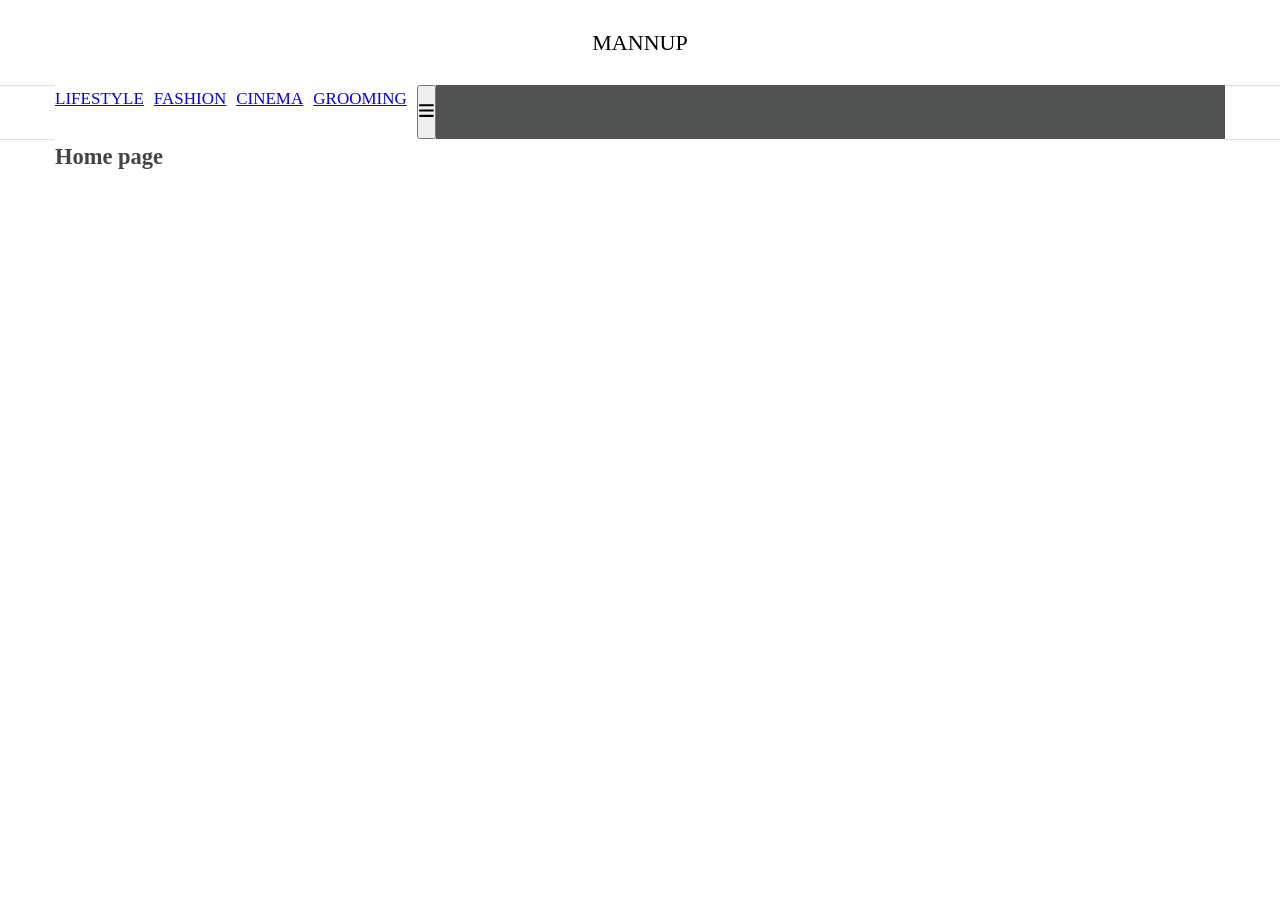
Repository: SyLe-Van/Make-Colorful
Page: /
An editor plug-in stored every save of this project. The page is shown before and after the next save, followed by the edit.
The browser window is 1280 px wide. The pictures show the whole page.
Some web fonts or font styles are not loaded; a fallback is used. The project was rebuilt for these pictures with package versions that can differ from the ones it lists, and the page was loaded fresh each time. Also part of the build but not shown: src/pages/cinema/index.js, src/pages/fashion/index.js, src/pages/grooming/index.js, src/pages/lifestyle/index.js, src/pages/contact/index.js.

Above is the page before, as saved 2023-10-10 23:04:30.

### src/index.js
import React from 'react';
import ReactDOM from 'react-dom/client';
import App from '~/App';
import reportWebVitals from './reportWebVitals';
import GlobalStyles from '~/components/GlobalStyles';
const root = ReactDOM.createRoot(document.getElementById('root'));
root.render(
    <React.StrictMode>
        <GlobalStyles>
            <App />
        </GlobalStyles>
    </React.StrictMode>,
);

// If you want to start measuring performance in your app, pass a function
// to log results (for example: reportWebVitals(console.log))
// or send to an analytics endpoint. Learn more: https://bit.ly/CRA-vitals
reportWebVitals();

### src/App.js
import { BrowserRouter as Router, Routes, Route } from 'react-router-dom';
import Home from '~/pages/home';
import Cinema from '~/pages/cinema';
import Fashion from '~/pages/fashion';
import Grooming from '~/pages/grooming';
import LifeStyle from '~/pages/lifestyle';
import { publicRoutes } from './routes';
import { Component } from 'react';
import { DefaultLayout } from '~/components/Layout';
import { Fragment } from 'react';
function App() {
    return (
        <Router>
            <div className="App">
                <Routes>
                    {publicRoutes.map((route, index) => {
                        const Layout = route.layout === null ? Fragment : DefaultLayout;
                        const Page = route.component;
                        return (
                            <Route
                                key={index}
                                path={route.path}
                                element={
                                    <Layout>
                                        <Page />
                                    </Layout>
                                }
                            />
                        );
                    })}
                </Routes>
            </div>
        </Router>
    );
}

export default App;

### src/routes/index.js
import Home from '~/pages/home';
import Cinema from '~/pages/cinema';
import Fashion from '~/pages/fashion';
import Grooming from '~/pages/grooming';
import LifeStyle from '~/pages/lifestyle';
import Contact from '~/pages/contact';
// dont need login to view
const publicRoutes = [
    { path: '/', component: Home },
    { path: '/cinema', component: Cinema },
    { path: '/fashion', component: Fashion },
    { path: '/grooming', component: Grooming },
    { path: '/lifestyle', component: LifeStyle },
    { path: '/contact', component: Contact, layout: null },
];

const privateRoutes = [];

export { publicRoutes, privateRoutes };

### src/components/GlobalStyles/GlobalStyles.scss
@import 'normalize.css';
@import url('https:; //fonts.googleapis.com/css2?family=Lato:ital,wght@0,400;0,700;1,400;1,700&family=Montserrat:ital,wght@0,400;0,700;1,400;1,700&family=Playfair+Display&family=Poppins:wght@300;400;600;700&display=swap');

:root {
    --primary: #f6f6f6;
}

* {
    box-sizing: border-box;
    margin: 0;
    padding: 0;
}
html {
    font-size: 40px;
}
body {
    font-family: 'Playfair Display', serif;
    line-height: 1.6;
    color: #444;
    font-size: 15px;
    text-rendering: optimizeSpeed;
}

### src/components/Layout/DefaultLayout/index.js
import Header from './Header';
import classNames from 'classnames/bind';
import styles from './DefaultLayout.module.scss';
import Sidebar from './Sidebar';

const cx = classNames.bind(styles);
function DefaultLayout({ children }) {
    return (
        <div className={cx('wrapper')}>
            <Header />
            <Sidebar />

            <div className={cx('container')}>
                <div className={cx('contain')}>{children}</div>
            </div>
        </div>
    );
}

export default DefaultLayout;

### src/components/Layout/DefaultLayout/Header/index.js
import styles from './Header.module.scss';
import classNames from 'classnames/bind';
import { FontAwesomeIcon } from '@fortawesome/react-fontawesome';
const cx = classNames.bind(styles);

function Header() {
    return (
        <header className={cx('wrapper')}>
            <div className={cx('inner')}>MANNUP</div>
        </header>
    );
}

export default Header;

### src/components/Layout/DefaultLayout/DefaultLayout.module.scss
.wrapper {
    display: flex;
    flex-direction: column;
    align-items: center;
}
.container {
    width: 1170px;
    height: 760px;
    background-color: #ffffff;
}

### src/components/Layout/DefaultLayout/Sidebar/index.js
import styles from './Sidebar.module.scss';
import classNames from 'classnames/bind';
import { FontAwesomeIcon } from '@fortawesome/react-fontawesome';
import { faBars, faShapes } from '@fortawesome/free-solid-svg-icons';

const cx = classNames.bind(styles);

function Sidebar() {
    return (
        <aside className={cx('wrapper')}>
            <div className={cx('content')}>
                <ul className={cx('menu')}>
                    <li>
                        <a href="http://localhost:2002/lifestyle">LIFESTYLE</a>
                    </li>
                    <li>
                        <a href="http://localhost:2002/fashion">FASHION</a>
                    </li>
                    <li>
                        <a href="http://localhost:2002/cinema">CINEMA</a>
                    </li>
                    <li>
                        <a href="http://localhost:2002/grooming">GROOMING</a>
                    </li>
                    <button className={cx('bars')}>
                        <FontAwesomeIcon icon={faBars} />
                    </button>
                </ul>
            </div>
        </aside>
    );
}

export default Sidebar;

### src/components/Layout/DefaultLayout/Header/Header.module.scss
.wrapper {
    height: 85px;
    width: 100%;
    box-shadow: 0px 1px 1px rgb(0 0 0 / 12%);
}
.inner {
    color: #000000;
    font-size: 22px;
    display: flex;
    justify-content: center;
    padding-top: 25px;
}

### src/components/Layout/DefaultLayout/Sidebar/Sidebar.module.scss
.wrapper {
    height: 54px;
    width: 100%;
    box-shadow: 0px 1px 1px rgb(0 0 0 / 12%);
    display: flex;
    justify-content: center;
}

.content {
    width: 1170px;
    display: flex;
    font-size: 17px;
    background-color: rgb(81, 83, 83);
}

ul {
    list-style-type: none;
    display: flex;
    justify-content: space-between;
}

li {
    width: 25%;
    margin-right: 10px;
}

.menu {
    background: #ffffff;
    border-width: 0;
}

Loaded but not shown: public/index.html (common file); src/reportWebVitals.js (common file); src/components/GlobalStyles/index.js (common file); src/pages/home/index.js (common file); src/components/Layout/index.js (common file)

After the next save:
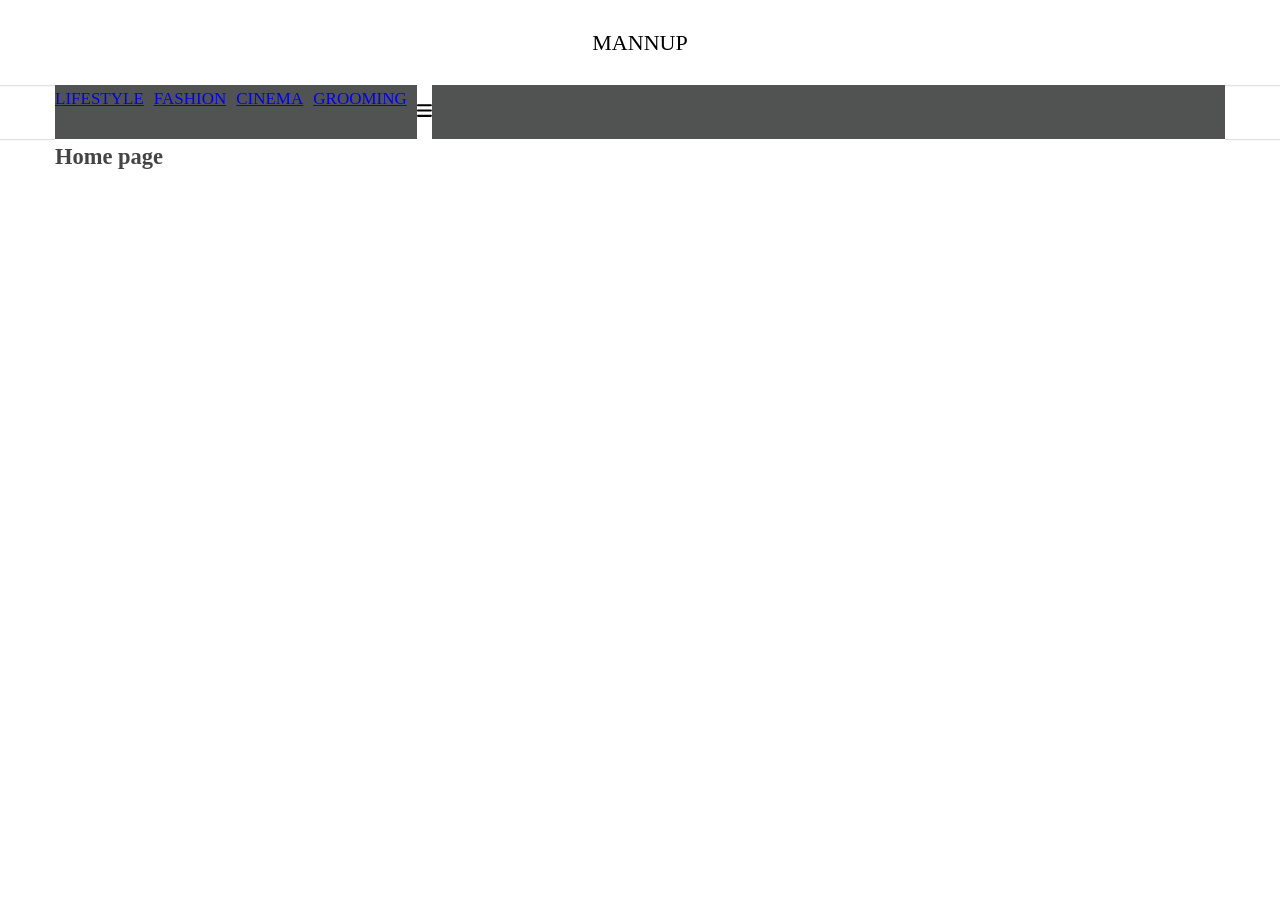
Saved 10 s later.
--- a/src/components/Layout/DefaultLayout/Sidebar/Sidebar.module.scss
+++ b/src/components/Layout/DefaultLayout/Sidebar/Sidebar.module.scss
@@ -24,7 +24,7 @@ li {
     margin-right: 10px;
 }
 
-.menu {
+.bars {
     background: #ffffff;
     border-width: 0;
 }
